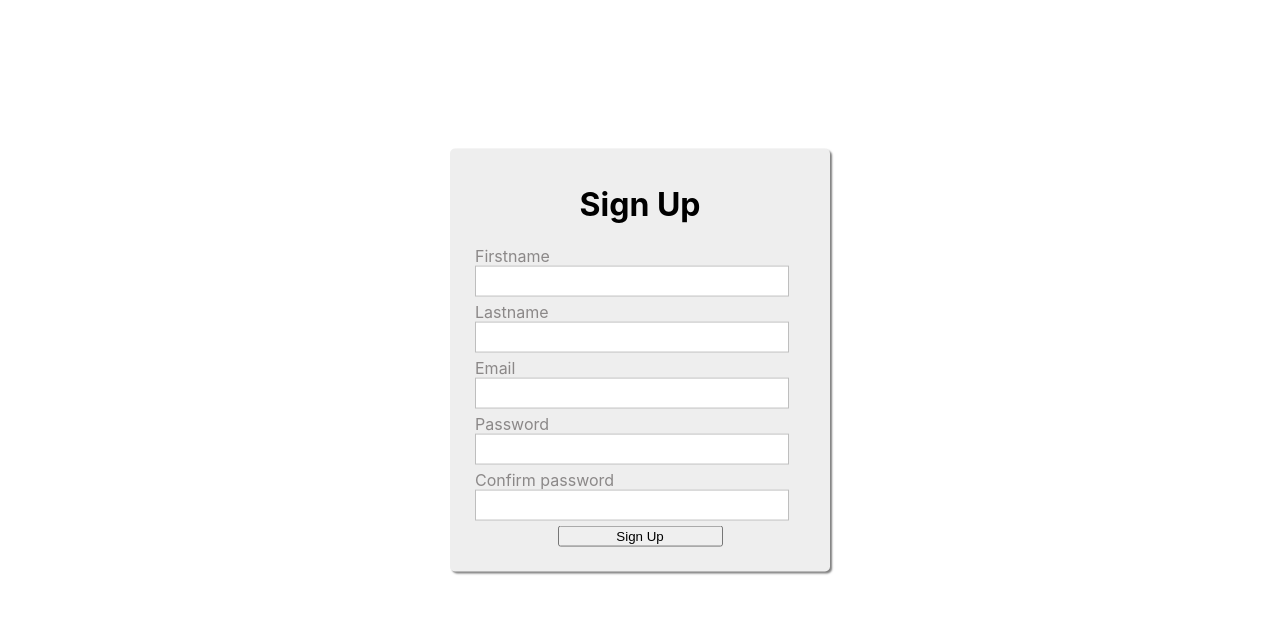
Repository: khamraeva/JSP-homework1-sighup
Page: /
The author's editor kept a copy of each file at every save. The page is drawn from the files as they stood at one save, then again after the next save.
The browser window is 1280 px wide. The pictures show the whole page.
The project was rebuilt for these pictures with package versions that can differ from the ones it lists, and the page was loaded fresh each time.

Above is the page before, as saved 2020-07-22 17:19:52.

### src/App.js
import React from 'react';
import SignUp from './Components/SignUp/SignUp';


function App() {
  return (
    <div className="App">
      <SignUp />
    </div>
  );
}

export default App;

### src/Components/SignUp/SignUp.js
import React, { Component } from 'react';
import './SignUp.css';

class SignUp extends Component {
    render() {
        return (
            <div className={'signup-container'}>
                <h1>Sign Up</h1>
                <form className={'signup-form'}>
                    <label>Firstname</label>
                    <input
                        className='input'
                        type='text'
                    />
                    <label>Lastname</label>
                    <input
                        className='input'
                        type='text'
                    />
                    <label>Email</label>
                    <input
                        className='input'
                        type='text'
                    />
                    <label>Password</label>
                    <input
                        className='input'
                        type='password'
                    />
                    <label>Confirm password</label>
                    <input
                        className='input'
                        type='password'
                    />
                    <div className='btn-wrapper'>
                        <button>Sign Up</button>
                    </div>
                </form>
            </div>
        )
    }
}

export default SignUp

### src/Components/SignUp/SignUp.css
.signup-container {
    padding: 50px;
    background: #ccc;
    position: fixed; top: 50%; left: 50%;
    transform: translate(-50%, -50%);
    width: 350px;
    background: #eee;
    box-shadow: 2px 2px 2px rgba(0, 0, 0, .5);
    padding: 15px;
    border-radius: 5px;
}

.signup-container h1 {
    text-align: center;
}

.signup-form {
    margin: 10px;
}

.signup-form label {
    color: rgba(74, 68, 68, .6);
}

.input {
    display: block;
    box-sizing: border-box;
    border: 1px solid #bebebe;
    padding: 7px;
    margin: 0 0 5px;
    width: 95%;
    outline: none;
    transition: all 300ms ease-in-out;
}

.btn-wrapper {
    display: flex;
    justify-content: center;
}

.btn-wrapper button {
    width: 50%;
    height: 30%;
}

Loaded but not shown: public/index.html (common file); src/index.js (common file); src/index.css (common file); src/serviceWorker.js (common file)

After the next save:
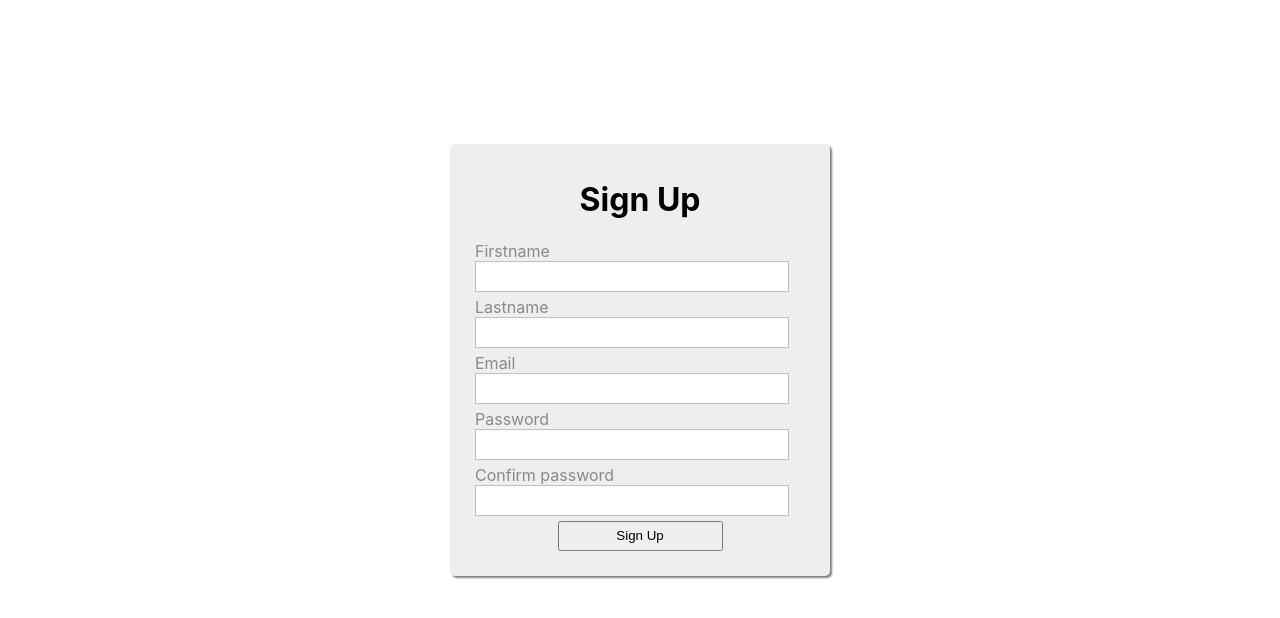
Saved 6 s later.
--- a/src/Components/SignUp/SignUp.css
+++ b/src/Components/SignUp/SignUp.css
@@ -40,5 +40,5 @@
 
 .btn-wrapper button {
     width: 50%;
-    height: 30%;
+    height: 30px;
 }
